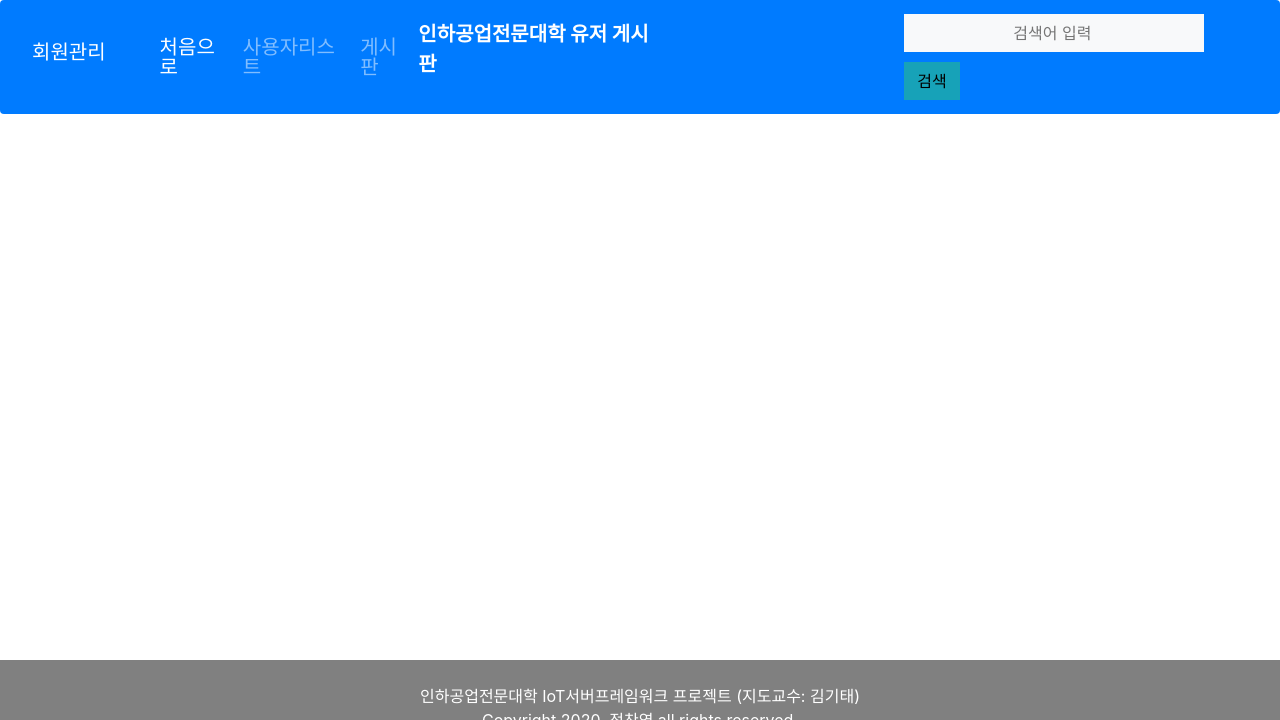
Repository: 201645032/IoTServerFrameWork
Page: http://localhost/layout/default
These files come from the project's save history. The page is drawn as it stood at one moment and after the next save; the edit follows.
The browser window is 1280 px wide. The pictures show the whole page.
Some web fonts or font styles are not loaded; a fallback is used. The page is this project's Thymeleaf template; nobody is signed in. The template is opened directly, without the code that normally fills it, so the values that code supplies are empty.

Above is the page before, as saved 2020-06-11 06:03:07.

### MyProject/src/main/resources/templates/layout/default.html
<html lagn="ko" xmlns:th="http://www.thymeleaf.org" xmlns:layout="http://www.ultraq.net.nz/thymeleaf/layout">
<style>
footer {
position: absolute;
bottom: 0;
left: 0;
right: 0;
text-align:center;
padding:-50px;
}

#navbarSupportedContent{
	font-size:20px;
	color:white;
}

#nav-main{
font-style:bold;
}

#title_main{

margin-right: 250px;
font-weight: bold;
}
</style>

<head th:replace="fragments/config :: configFragment"></head>

<header th:replace="fragments/menu :: menuFragment"></header>

<div layout:fragment="content"></div>

<footer th:replace="fragments/footer :: footerFragment"></footer>
</html>

### MyProject/src/main/resources/templates/fragments/config.html
<html xmlns:th="http://www.thymeleaf.org"
      xmlns:layout="http://www.ultraq.net.nz/thymeleaf/layout">

<head th:fragment="configFragment">
    <meta charset="UTF-8" />
    <!-- 공통으로 쓰이는 css파일을넣는다.-->
    <link rel="stylesheet"
          href="https://maxcdn.bootstrapcdn.com/bootstrap/3.3.6/css/bootstrap.min.css" />
    <!-- 컨텐츠페이지의 CSS 영역이 들어감 -->
    <th:block layout:fragment="css"></th:block>
	<link rel = "stylesheet" th:href="@{/style.css}"></link>
    <!-- 공통으로 쓰이는 css파일을넣는다.-->
<link rel="stylesheet" href="https://stackpath.bootstrapcdn.com/bootstrap/4.5.0/css/bootstrap.min.css" integrity="sha384-9aIt2nRpC12Uk9gS9baDl411NQApFmC26EwAOH8WgZl5MYYxFfc+NcPb1dKGj7Sk" crossorigin="anonymous">

	<!--  공통으로 쓰이는 js파일이 들어간다. -->
	<script src="https://code.jquery.com/jquery-3.5.1.slim.min.js" integrity="sha384-DfXdz2htPH0lsSSs5nCTpuj/zy4C+OGpamoFVy38MVBnE+IbbVYUew+OrCXaRkfj" crossorigin="anonymous"></script>
	<script src="https://cdn.jsdelivr.net/npm/popper.js@1.16.0/dist/umd/popper.min.js" integrity="sha384-Q6E9RHvbIyZFJoft+2mJbHaEWldlvI9IOYy5n3zV9zzTtmI3UksdQRVvoxMfooAo" crossorigin="anonymous"></script>
	<script src="https://stackpath.bootstrapcdn.com/bootstrap/4.5.0/js/bootstrap.min.js" integrity="sha384-OgVRvuATP1z7JjHLkuOU7Xw704+h835Lr+6QL9UvYjZE3Ipu6Tp75j7Bh/kR0JKI" crossorigin="anonymous"></script>
    <!-- 컨텐츠페이지의 스크립트 영역이 들어감 -->
    <th:block layout:fragment="script"></th:block>
</head>

</html>

### MyProject/src/main/resources/templates/fragments/menu.html
<html xmlns:th="http://www.thymeleaf.org">
<style>
</style>
<header th:fragment="menuFragment">

	<nav class="navbar navbar-expand-lg navbar-dark bg-primary" id = "nav-main">
		<a class="navbar-brand" href="/">회원관리</a>
		<button class="navbar-toggler" type="button" data-toggle="collapse"
			data-target="#navbarSupportedContent"
			aria-controls="navbarSupportedContent" aria-expanded="false"
			aria-label="Toggle navigation">
			<span class="navbar-toggler-icon"></span>
		</button>

		<div class="collapse navbar-collapse" id="navbarSupportedContent">
			<ul class="navbar-nav mr-auto">
				<li class="nav-item active"><a class="nav-link" href="/">처음으로
						<span class="sr-only">(current)</span>
				</a></li>
				<li class="nav-item"><a class="nav-link" href="/user/userList">사용자리스트</a></li>
				<li class="nav-item"><a class="nav-link" href="/board/boardList.do">게시판</a></li>
			</ul>
			<p id = "title_main">인하공업전문대학 유저 게시판</p>
			<form class="form-inline my-2 my-lg-0">
				<input class="btn btn-light" type="Search"
					placeholder="검색어 입력" aria-label="검색어 입력" style="width:300px">
				<button class="btn btn-info" type="submit">검색</button>
			</form>
		</div>
	</nav>

</header>

</html>

### MyProject/src/main/resources/templates/fragments/footer.html
<html xmlns:th="http://www.thymeleaf.org">


<footer th:fragment="footerFragment">

    <div class = "my_footer">
    	<br/>인하공업전문대학 IoT서버프레임워크 프로젝트 (지도교수: 김기태)
        <p>Copyright 2020. 정찬영 all rights reserved.</p>
    </div>

</footer>

</html>

### MyProject/src/main/resources/static/style.css
@CHARSET "UTF-8";

@import url(http://fonts.googleapis.com/earlyaccess/nanumgothic.css);
@import url(http://cdn.jsdelivr.net/font-nanum/1.0/nanumbarungothic/nanumbarungothic.css);

html{overflow:scorll;}
html, body, div, h1, h2, a, form, table, caption, thead, tbody, tr, th, td, submit {
	margin:0; outline:0; border:0; padding:0; font-size:100%; vertical-align:baseline; background:transparent;
}
body {
	font-size:0.875em; line-height:1.5; color:#666; -webkit-text-size-adjust:none; min-width:320px;
	font-family:'NanumGothic','나눔고딕',dotum, "Helvetica Neue", Helvetica, Verdana, Arial, Sans-Serief;
}
h1, h2, h3 {font-size: 1.5em;}
p{margin:0; padding:0;}
ul{margin:0;}
a:link, a:visited {text-decoration:none; color: #656565;}
input{vertical-align:middle;}
input:focus {outline:0;}
caption {display:none; width:0; height:0; margin-top:-1px; overflow:hidden; visibility:hidden; font-size:0; line-height:0;}

/*.container {max-width:1200px; margin:30px auto;} */
.board_list {width:100%; border-top:2px solid #252525; border-bottom:1px solid #ccc; margin:15px 0; border-collapse: collapse;}
.board_list thead th:first-child {background-image:none;}
.board_list thead th {border-bottom:1px solid #ccc; padding:13px 0; color:#3b3a3a; text-align: center; vertical-align:middle;}
.board_list tbody td {border-top:1px solid #ccc; padding:13px 0; text-align:center; vertical-align:middle;}
.board_list tbody tr:first-child td {border:none;}
.board_list tbody tr:hover{background:#ffff99;}
.board_list tbody td.title {text-align:left; padding-left:20px;}
.board_list tbody td a {display:inline-block}

.board_detail {width:100%; border-top:2px solid #252525; border-bottom:1px solid #ccc; border-collapse:collapse;}
.board_detail tbody input {width:100%;}
.board_detail tbody th {text-align:left; background:#f7f7f7; color:#3b3a3a; vertical-align:middle; text-align: center;}
.board_detail tbody th, .board_detail tbody td {padding:10px 15px; border-bottom:1px solid #ccc;}
.board_detail tbody textarea {width:100%; min-height:170px}


.btn {margin:5px; padding:5px 11px; color:#000000 !important; display:inline-block; background-color:#2EFE9A; vertical-align:middle; border-radius:0 !important; cursor:pointer; border:none;}
.btn:hover {background: #2EFE9A;}


.file_list a {display:inherit !important;}


footer{ position:fixed;
  left:0px;
  bottom:0px;
  height:60px;
  width:100%;
  background:grey;
  color: white; }


 .jumbotron {
	 background-image: url('../img/matrix.jpg');
 	background-size: cover;
 	text-shadow: black 0.2em 0.2em 0.2em;
 	color: white;
 	background: contain;
 	width: 100%;
 	height: 200px;
 	max-width:1400px;
 }

After the next save:
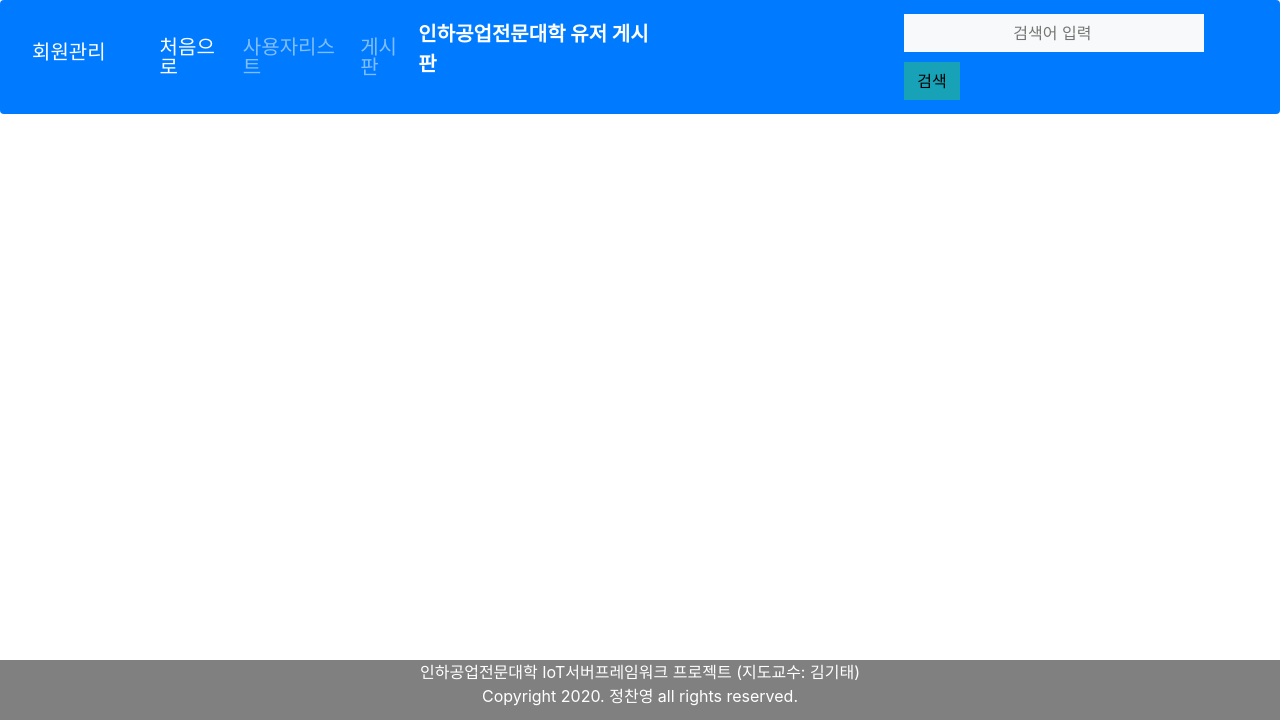
Saved 9 s later.
--- a/MyProject/src/main/resources/templates/fragments/footer.html
+++ b/MyProject/src/main/resources/templates/fragments/footer.html
@@ -4,7 +4,7 @@
 <footer th:fragment="footerFragment">
 
     <div class = "my_footer">
-    	<br/>인하공업전문대학 IoT서버프레임워크 프로젝트 (지도교수: 김기태)
+    	인하공업전문대학 IoT서버프레임워크 프로젝트 (지도교수: 김기태)
         <p>Copyright 2020. 정찬영 all rights reserved.</p>
     </div>
 
